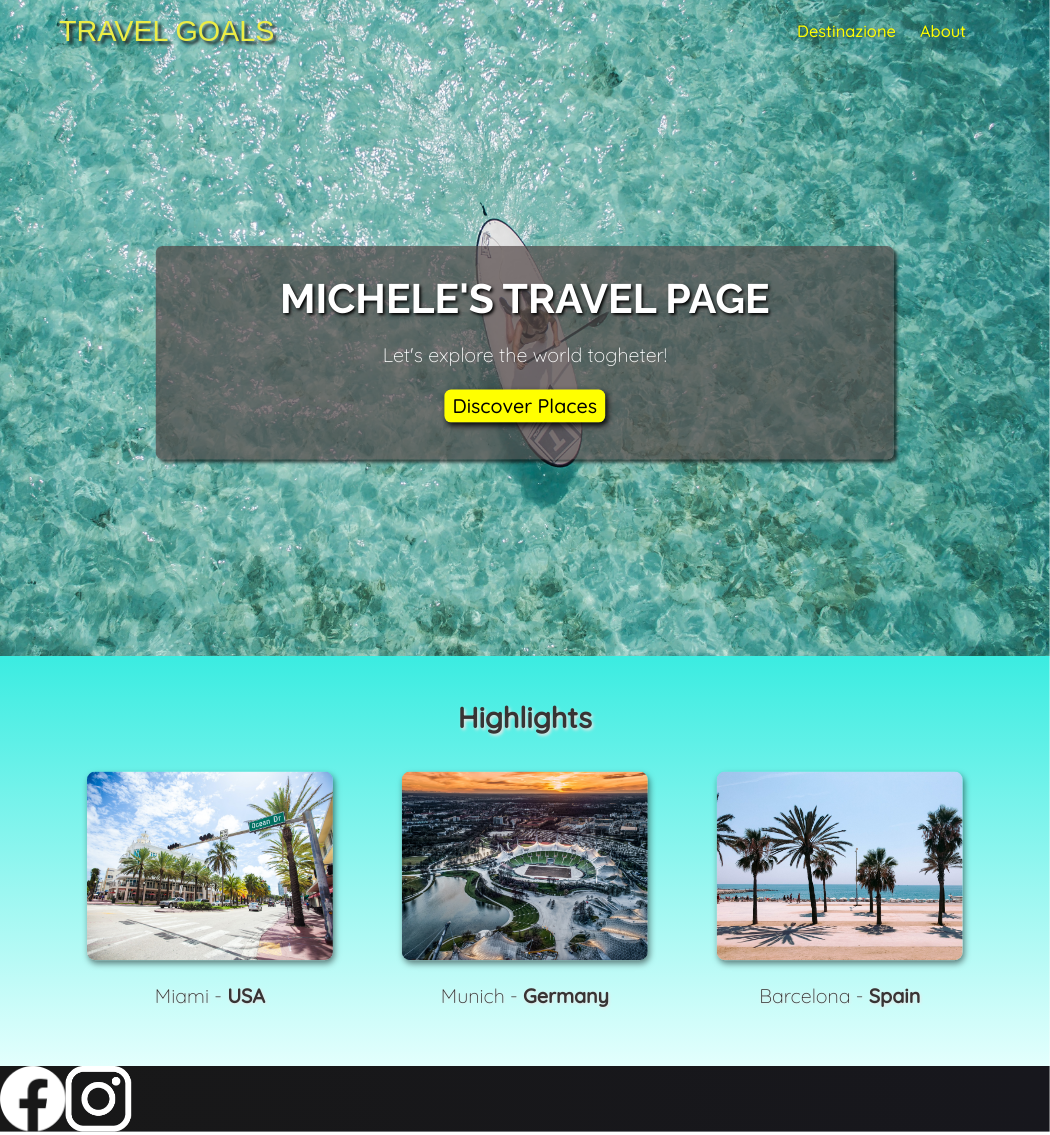
Repository: MicTomm/Travel-Goals
Page: index.html
An editor plug-in stored every save of this project. The page is shown before and after the next save, followed by the edit.
The browser window is 1280 px wide. The pictures show the whole page, at 82% of full size.
Some web fonts or font styles are not loaded; a fallback is used.

Above is the page before, as saved 2023-06-08 17:04:43.

### index.html
<!DOCTYPE html>
<html lang="it">

<head>
    <meta charset="UTF-8">
    <title>Travel Goals</title>
    <link rel="stylesheet"
        href="https://fonts.googleapis.com/css2?family=Raleway:wght@700&family=Oleo+Script:wght@700&family=Quicksand:wght@300;500&display=swap">
    <link href="styles/shared.css" rel="stylesheet">
    <link href="styles/main-page-style.css" rel="stylesheet">
</head>

<body>
    <header>
        <div id="logo">
            <a href="/index.html">Travel Goals</a>
        </div>
        <nav>
            <ul>
                <li><a href="/places.html">Destinazione</a></li>
                <li><a href="">About</a></li>
            </ul>
        </nav>
    </header>
    <main>
        <section id="hero-image-section">
            <div id="div-section1">
                <h1>Michele's Travel Page</h1>
                <p>Let's explore the world togheter!</p>
                <a href="/places.html">Discover Places</a>
            </div>
        </section>
        <section id="highlights">
            <h2>Highlights</h2>
            <ul id="destinations">
                <li>
                    <div class="destination">
                        <img src="images/places/miami.jpg" alt="Miami">
                        <p>Miami - <strong>USA</strong></p>
                    </div>
                </li>
                <li>
                    <div class="destination">
                        <img src="/images/places/munich.jpg" alt="Munich">
                        <p>Munich - <strong>Germany</strong></p>
                    </div>
                </li>
                <li>
                    <div class="destination">
                        <img src="/images/places/barcelona.jpg" alt="Barcelona">
                        <p>Barcelona - <strong>Spain</strong></p>
                    </div>
                </li>
            </ul>
        </section>
    </main>
    <footer>
        <ul>
            <li>
                <a href="www.facebook.com">
                    <img src="/images/icons/facebook.png" alt="facebook-icon">
                </a>
            </li>
            <li>
                <a href="www.instagram.com">
                    <img src="/images/icons/insta.png" alt="instagram-icon">
                </a>
            </li>
    </footer>
</body>

</html>

### styles/shared.css
body {
    margin: 0px;
    font-family: 'Quicksand', sans-serif;
}

ul {
    list-style: none;
    padding: 0px;
    margin: 0px;
}

header {
    display: flex;
    justify-content: space-between;
    align-items: center;
    padding: 15px 60px;
    position: absolute;
    width: 100%;
    top: 0;
    left: 0;
    box-sizing: border-box;
}

header ul {
    margin: 10px;
    display: flex;
    justify-content: space-between;
    width: 250px;
}

header li {
    width: 100px;
}

header a {
    color: yellow;
    text-decoration: none;
    font-size: 20px;
    padding: 12px;
    text-shadow: 1px 1px 4px rgba(0, 0, 0, 0.5);
}

header a:hover {
    background-color: yellow;
    box-shadow: 2px 2px 4px rgba(0, 0, 0, 0.5);
    color: rgb(67, 60, 60);
    text-shadow: 1px 1px 2px rgb(0, 0, 0, 0.5);
    border-radius: 8px;
}

footer{
    background: linear-gradient(70deg, rgb(24, 24, 24), rgb(23, 23, 29));
    width: 100%;
    margin: 0px auto;
}

footer ul{
    display: flex;
    width:30%;
    text-align: center;
}

footer li{
    width: 80px;
    height: 80px;
}

footer img{
    width: 100%;
    height: 100%;
}

#logo a {
    font-family: 'Oleo script', sans-serif;
    font-size: 35px;
    text-decoration: none;
    color: rgb(237, 237, 70);
    text-shadow: 4px 4px 4px rgb(31, 29, 29);
    text-transform: uppercase;
}

#logo a:hover {
    background-color: transparent;

}

### styles/main-page-style.css
#hero-image-section {
    text-align: center;
    background-image: url("/images/places/ocean.jpg");
    background-position: center;
    background-size: cover;
    height: 800px;
    /* padding-top: 100px; (alternativa per spostare div-section1 più in basso)*/
}

#div-section1 {
    background-color: rgba(82, 70, 70, 0.7);
    box-shadow: 4px 4px 4px rgba(18, 18, 18, 0.7);
    width: 900px;
    margin: 0px auto;
    padding: 35px 0 50px 0;
    border-radius: 8px;
    position: relative;
    top: 300px;
}

#div-section1 h1 {
    font-size: 50px;
    color: white;
    font-family: 'Raleway', sans-serif;
    text-shadow: 2px 2px 4px black;
    text-transform: uppercase;
    margin: 0px;
}

#div-section1 p {
    color: white;
    font-size: 24px;
    font-weight: 300;
    margin-bottom: 32px;
}

#div-section1 a{
 font-size: 24px;
 text-decoration: none;
 color: black;
 border-radius: 8px;
 background-color: yellow;
 padding: 5px 10px;
 box-shadow: 3px 4px 8px black;
}

#div-section1 a:hover{
    background-color: greenyellow;
    text-shadow: 1px 1px 2px rgba(0, 0, 0, 0.5);
}

#highlights{
    text-align: center;
    background: linear-gradient(0deg, rgb(227, 255, 253), rgb(59, 236, 225));
    padding: 24px  0px;
}

#highlights ul{
    display: flex;
    width: 90%;
    margin: auto;
    padding: 15px;
    margin-bottom: 40px;
    justify-content: space-around;

}

#highlights li{
    margin: 0px 20px 50px 20px;
}

#highlights img{

    height: 100%;
    width: 100%;
    box-shadow: 2px 4px 8px rgb(0, 0, 0, 0.5);
    border-radius: 10px;
    object-fit: cover;
}

#highlights h2{
    font-size: 35px;
    text-shadow: 2px 2px 4px rgb(235, 229, 229);
    color: rgb(56, 52, 52);
}

#highlights p{
    color: rgb(56, 52, 52);
    text-shadow: 1px 1px 4px rgb(235, 229, 229);
    font-size: 24px;
    font-weight: 300;
}

.destination{
    width: 300px;
    height: 230px;
}

After the next save:
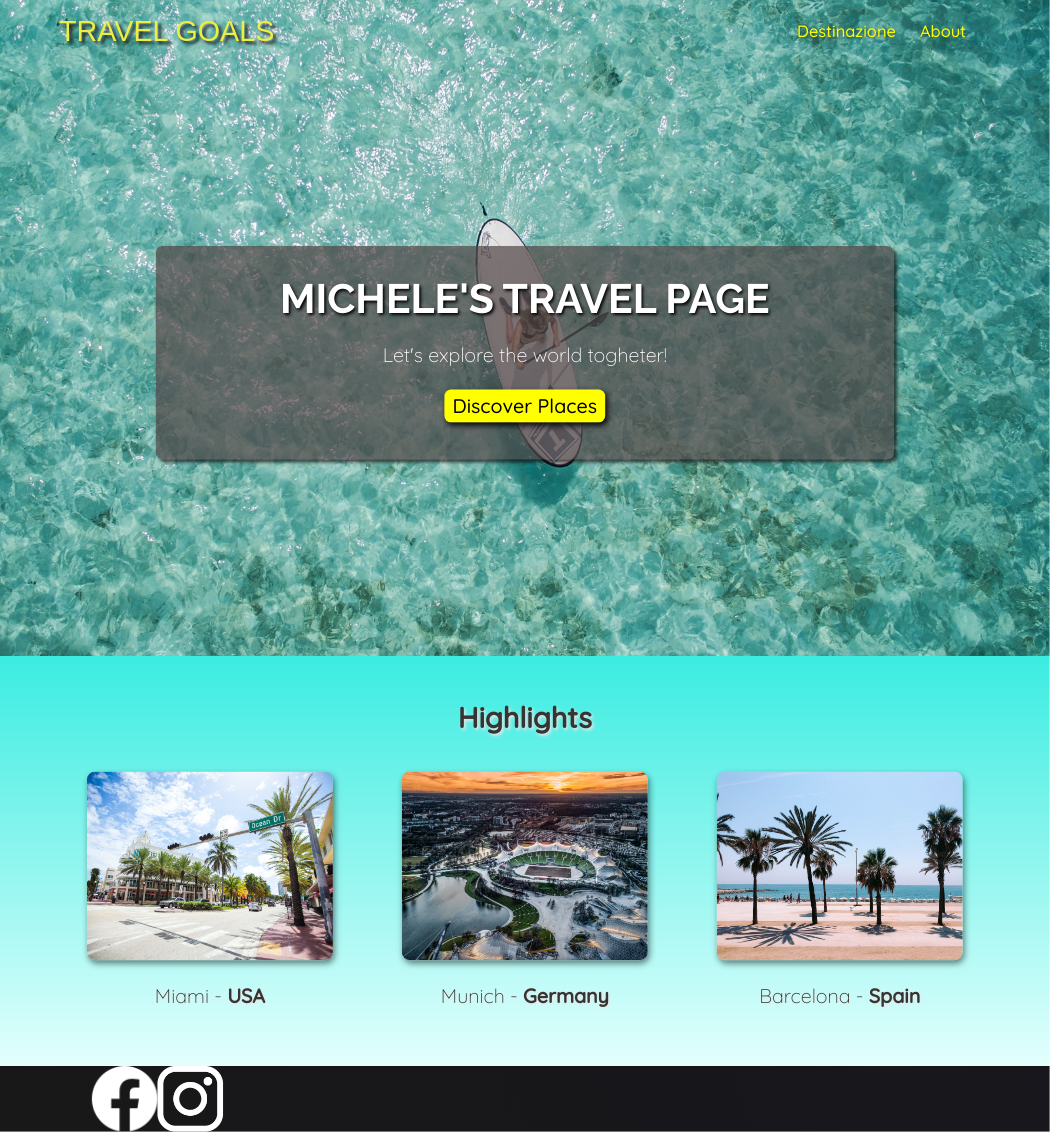
Saved 32 s later.
--- a/styles/shared.css
+++ b/styles/shared.css
@@ -51,13 +51,13 @@ header a:hover {
 footer{
     background: linear-gradient(70deg, rgb(24, 24, 24), rgb(23, 23, 29));
     width: 100%;
-    margin: 0px auto;
+
 }
 
 footer ul{
     display: flex;
     width:30%;
-    text-align: center;
+    justify-content: center;
 }
 
 footer li{
